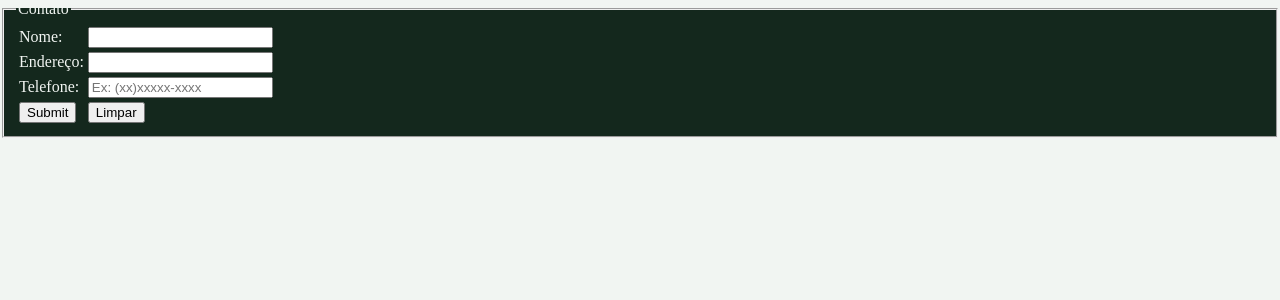
Repository: otavio-vicente/BackEnd-UniSenai
Page: WorkspaceTrilhaWeb/exemploServlet/src/main/webapp/contato.html
These files come from the project's save history. The page is drawn as it stood at one moment and after the next save; the edit follows.
The browser window is 1280 px wide. The pictures show the whole page.

Above is the page before, as saved 2024-06-13 23:27:12.

### WorkspaceTrilhaWeb/exemploServlet/src/main/webapp/contato.html
<!DOCTYPE html>
<html>
<head>
<meta charset="UTF-8">
<title>Insert title here</title>
<link href="./style.css" rel="stylesheet" type="text/css">
</head>
<body>
	<form>
		<fieldset>
			<legend>Contato</legend>
			<table>
				<tr>
					<td>Nome:</td>
					<td><input type="text"></input></td>
				</tr>
				<tr>
					<td>Endereço:</td>
					<td><input type="text"></input></td>
				</tr>
				<tr>
					<td>Telefone:</td>
					<td><input type="fone" placeholder="Ex: (xx)xxxxx-xxxx"></input></td>
				</tr>
				<tr>
					<td><input type="submit"></input></td>
					<td><input type="reset" value="Limpar"></input></td>
				</tr>
			</table>
		</fieldset>
	</form>
</body>
</html>

### WorkspaceTrilhaWeb/exemploServlet/src/main/webapp/style.css
@charset "UTF-8";

body {
	background-color: #F1F5F2;
	margin: 0;
	padding:0;
}

fieldset {
	background-color: #14281D;
	color: #F1F5F2;
}

After the next save:
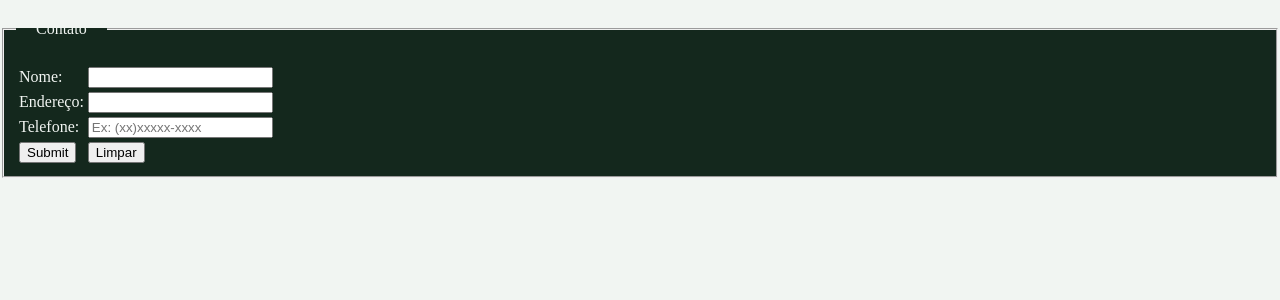
Saved 41 s later.
--- a/WorkspaceTrilhaWeb/exemploServlet/src/main/webapp/style.css
+++ b/WorkspaceTrilhaWeb/exemploServlet/src/main/webapp/style.css
@@ -10,3 +10,7 @@ fieldset {
 	background-color: #14281D;
 	color: #F1F5F2;
 }
+
+legend {
+	padding:20px;
+}
